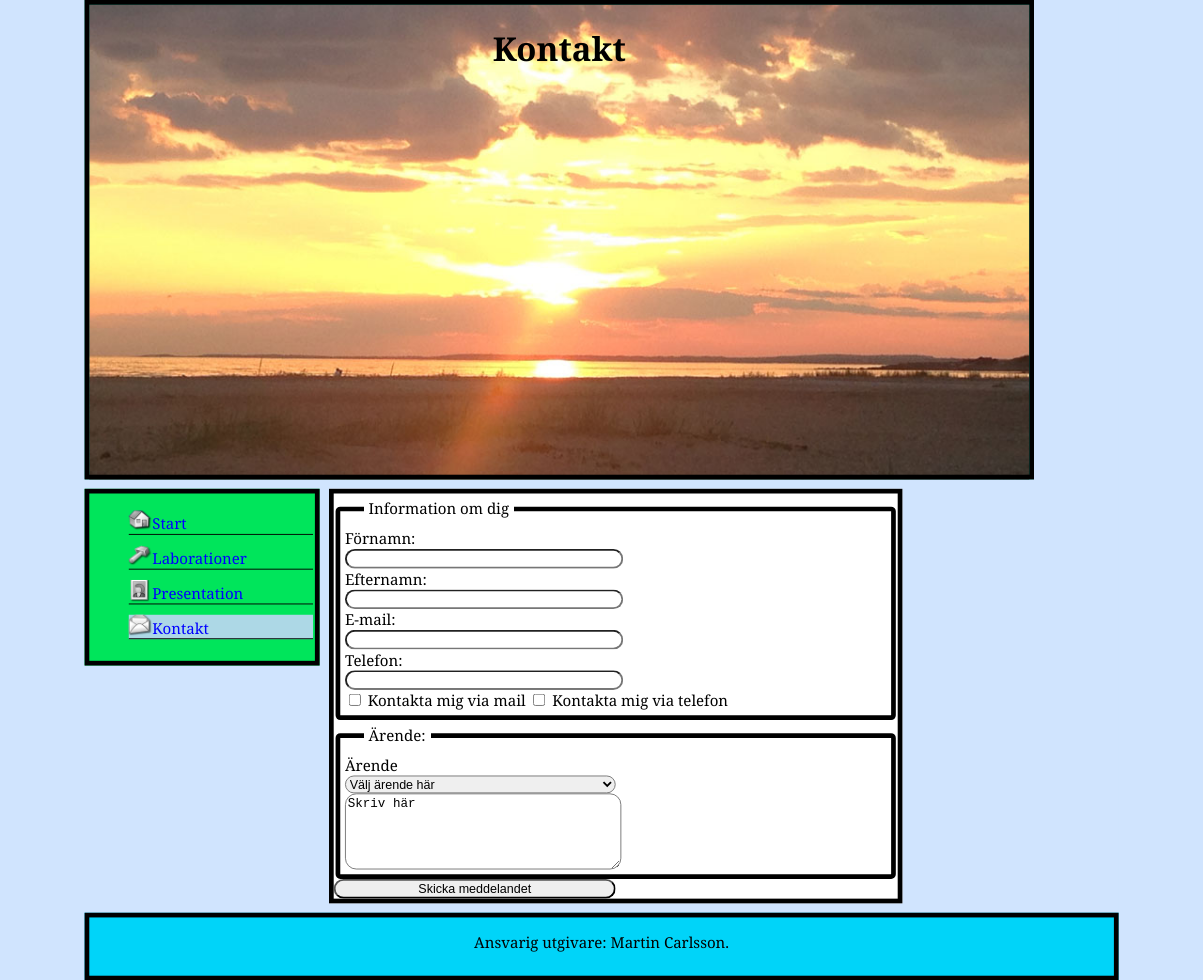
Repository: Martin-Carlsson85/HTML-och-CSS
Page: pages/kontakt.html
The author's editor kept a record of every edit. The page is drawn from the files as they stood at one moment, then again after the next edit.
The browser window is 1280 px wide. The pictures show the whole page, at 94% of full size.

Above is the page before.

After the next edit:
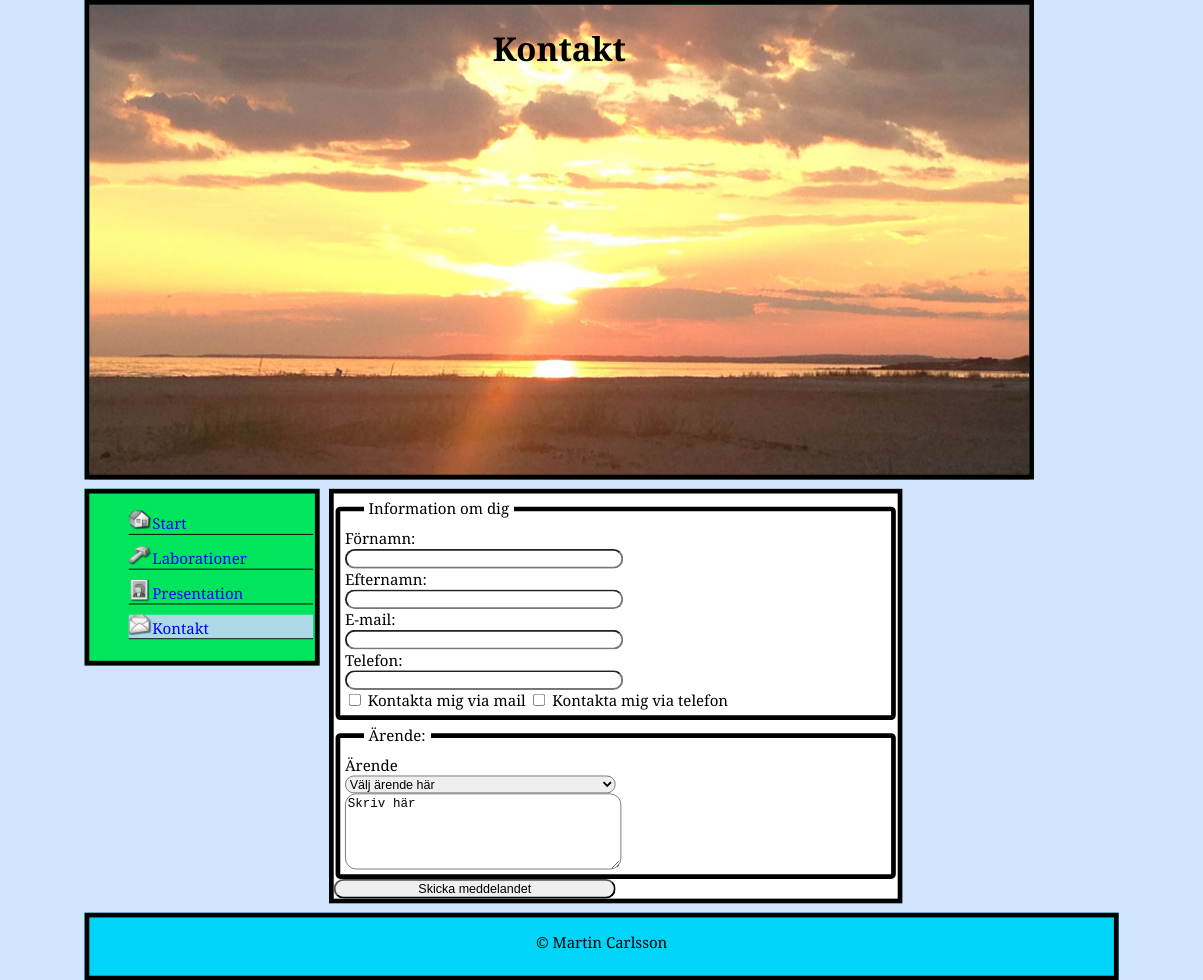
The edit:
--- a/pages/kontakt.html
+++ b/pages/kontakt.html
@@ -96,7 +96,7 @@
 
         <div class="footer">
 
-            <p>Ansvarig utgivare: Martin Carlsson.</p>
+            <p>&copy; Martin Carlsson</p>
 
          </div>
 
